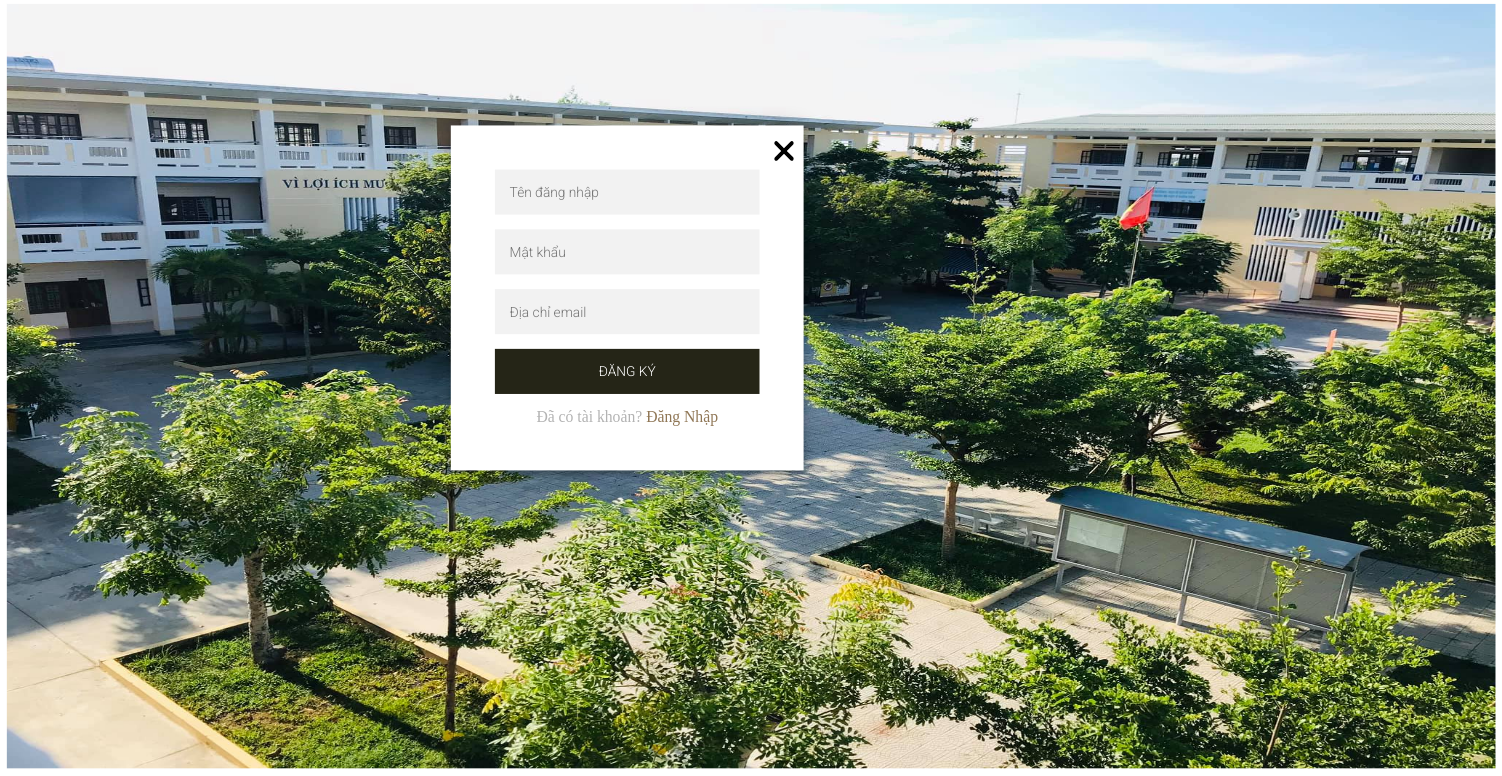
Repository: dphasst17/THPTVCC
Page: login.html
These files come from the project's save history. The page is drawn as it stood at one moment and after the next save; the edit follows.
The browser window is 1280 px wide. The page is 1533 px wide, so the pictures cover 1533 px, including what lies to the right of the window. The pictures show the whole page, at 98% of full size.
Some web libraries are served in a nearby version.

Above is the page before, as saved 2022-10-02 20:26:44.

### login.html
<!DOCTYPE html>
<html lang="en">
<head>
    <meta charset="UTF-8">
    <meta http-equiv="X-UA-Compatible" content="IE=edge">
    <meta name="viewport" content="width=device-width, initial-scale=1.0">
    <script src="https://ajax.googleapis.com/ajax/libs/jquery/3.2.1/jquery.min.js"></script>
    <script src="login.js"> </script>
    <link href="login.css" rel="stylesheet" type="text/css">

    <title>Document</title>
</head>
<body>
  <div class="background">
    <img src="img/back-login.jpg" alt="">
  </div>
      <div class="login-page">
        <div class="close">
          <a href="index.html">
            <svg xmlns="http://www.w3.org/2000/svg" viewBox="0 0 320 512"><path d="M310.6 150.6c12.5-12.5 12.5-32.8 0-45.3s-32.8-12.5-45.3 0L160 210.7 54.6 105.4c-12.5-12.5-32.8-12.5-45.3 0s-12.5 32.8 0 45.3L114.7 256 9.4 361.4c-12.5 12.5-12.5 32.8 0 45.3s32.8 12.5 45.3 0L160 301.3 265.4 406.6c12.5 12.5 32.8 12.5 45.3 0s12.5-32.8 0-45.3L205.3 256 310.6 150.6z"/></svg>
          </a>
        </div>
          <div class="form">
            <form class="register-form">
              <input id="create-username" type="text" placeholder="Tên đăng nhập"/>
              <input id="create-password" type="text" placeholder="Mật khẩu"/>
              <input id="create-email" type="text" placeholder="Địa chỉ email"/>
              <button name="create-button" type="button" id="create-button">Đăng Ký</button>
              <p class="message">Đã có tài khoản? <a href="#">Đăng Nhập</a></p>
            </form>
            <form class="login-form">
              <input id="login-username" type="text" placeholder="Tên đăng nhập" name="login-username"/>
              <input id="login-password" type="text" placeholder="Mật khẩu" name="login-password"/>
              <button name="login-button" type="button" id="login-button">Đăng Nhập</button>
              <p class="message">Chưa có tài khoản? <a href="#">Đăng ký</a></p>
            </form>
          </div>
        </div>
</body>
</html>

### login.js
// Look at console
$(document).ready(function() {
	var loginUsername;
	var loginPassword;
	var account = [loginUsername, loginPassword];

	$('#login-button').on('click', function() {
		var loginUsernameEntry = $("#login-username").val();
		var loginPasswordEntry = $("#login-password").val();
		if (loginUsernameEntry == account[0] && loginPasswordEntry == account[1]) {
			console.log("Current Username " + account[0]);
			console.log("Current Password " + account[1]);
			console.log("Đăng nhập thành công");
		} else {
			console.log("Attempted Username " + loginUsernameEntry);
			console.log("Attempted Password " + loginPasswordEntry);
			console.log("Đăng nhập thất bại");
		};
	});

	$('#create-button').on('click', function() {
		var createUsernameEntry = $("#create-username").val();
		var createPasswordEntry = $("#create-password").val();
		var createEmailEntry = $("#create-email").val();
    var createUsernameValid = false;
    var createPasswordValid = false;
    var createEmailValid = false;
    var createUsernameObject = $("#create-username");
    var createPasswordObject = $("#create-password");
    var createEmailObject = $("#create-email");
    var validate = /^\s*[a-zA-Z0-9,\s]+\s*$/;
    var validateEmail = /^(([^<>()\[\]\\.,;:\s@"]+(\.[^<>()\[\]\\.,;:\s@"]+)*)|(".+"))@((\[[0-9]{1,3}\.[0-9]{1,3}\.[0-9]{1,3}\.[0-9]{1,3}])|(([a-zA-Z\-0-9]+\.)+[a-zA-Z]{2,}))$/;

    if(!validate.test(createUsernameEntry) || (createUsernameEntry).length == 0) {
      $(createUsernameObject).addClass("error")
      $(createUsernameObject).val("No special characters or spaces.")
    } else {
      createUsernameValid = true;
      var createUsername = $(createUsernameObject).val();
    }

    if(!validate.test(createPasswordEntry) || (createPasswordEntry).length == 0) {
      $(createPasswordObject).addClass("error");
      $(createPasswordObject).val("No special characters or spaces.");
    } else {
      createPasswordValid = true;
      var createPassword = $(createPasswordObject).val();
    }

    if(!validateEmail.test(createEmailEntry)) {
      $(createEmailObject).addClass("error");
      $(createEmailObject).val("Enter a valid email");
    } else {
      createEmailValid = true;
      console.log("Account Email " + createEmailObject.val())
    }

    $(createUsernameObject).on('click', function () {
      $(this).val("");
      $(this).removeClass("error");
    });

    $(createPasswordObject).on('click', function () {
      $(this).val("");
      $(this).removeClass("error");
    });

    $(createEmailObject).on('click', function () {
      $(this).val("");
      $(this).removeClass("error");
    });

		account = [createUsername, createPassword];
		console.log("Account Username " + account[0]);
		console.log("Account Password " + account[1]);

		if(createUsernameValid == true && createPasswordValid == true && createEmailValid == true) {
      $('form').animate({
			height: "toggle",
			opacity: "toggle"
		}, "fast");
    }
	});

	$('.message a').on('click', function() {
		$('form').animate({
			height: "toggle",
			opacity: "toggle"
		}, "fast");
	});
});

### login.css
@import url(https://fonts.googleapis.com/css?family=Roboto:300);
/* Look at console */
body{
  background-color:transparent;
  margin:0 0;
  padding:0;
}
.background{
  position:absolute
}
.background img{
  width:1519px;
  height:780px;
  margin:4px 7px;
}
.close{
  width:20px;
  margin: 10px 330px;
  position: absolute;
  z-index: 10;
}
.login-page {
  width: 360px;
  padding: 10% 0 0;
  margin: auto;
}
.form {
  animation-name: launch;
  animation-duration: 4s;
  position: relative;
  z-index: 1;
  background: #FFFFFF;
  max-width: 360px;
  margin: 0 auto 100px;
  padding: 45px;
  text-align: center;
  box-shadow: 0 0 20px 0 rgba(0, 0, 0, 0.2), 0 5px 5px 0 rgba(0, 0, 0, 0.24);
}
.form input {
  font-family: "Roboto", sans-serif;
  outline: 0;
  background: #f2f2f2;
  width: 100%;
  border: 0;
  margin: 0 0 15px;
  padding: 15px;
  box-sizing: border-box;
  font-size: 14px;
}
.form button {
  font-family: "Roboto", sans-serif;
  text-transform: uppercase;
  outline: 0;
  background: #252517;
  width: 100%;
  border: 0;
  padding: 15px;
  color: #FFFFFF;
  font-size: 14px;
  -webkit-transition: all 0.3 ease;
  transition: all 0.3 ease;
  cursor: pointer;
}
.form button:hover,.form button:active,.form button:focus {
  background: #252517;
}
.form .message {
  margin: 15px 0 0;
  color: #b3b3b3;
  font-size: 16px;
}
.form .message a {
  color: rgb(144, 119, 86);
  text-decoration: none;
}
.form .login-form {
  display: none;
}
.container {
  position: relative;
  z-index: 1;
  max-width: 300px;
  margin: 0 auto;
}
.container:before, .container:after {
  content: "";
  display: block;
  clear: both;
}
.container .info {
  margin: 50px auto;
  text-align: center;
}
.container .info h1 {
  margin: 0 0 15px;
  padding: 0;
  font-size: 36px;
  font-weight: 300;
  color: #1a1a1a;
}
.container .info span {
  color: #4d4d4d;
  font-size: 12px;
}
.container .info span a {
  color: #000000;
  text-decoration: none;
}
.container .info span .fa {
  color: #FF7F50;
}


@media only screen and (max-width: 400px) {
  .login-page {
    width: 100%;
    height: 100%;
  }
}

#create-username.error {
  color: red;
}

#create-password.error {
  color: red;
}

#create-email.error {
  color: red;
}

After the next save:
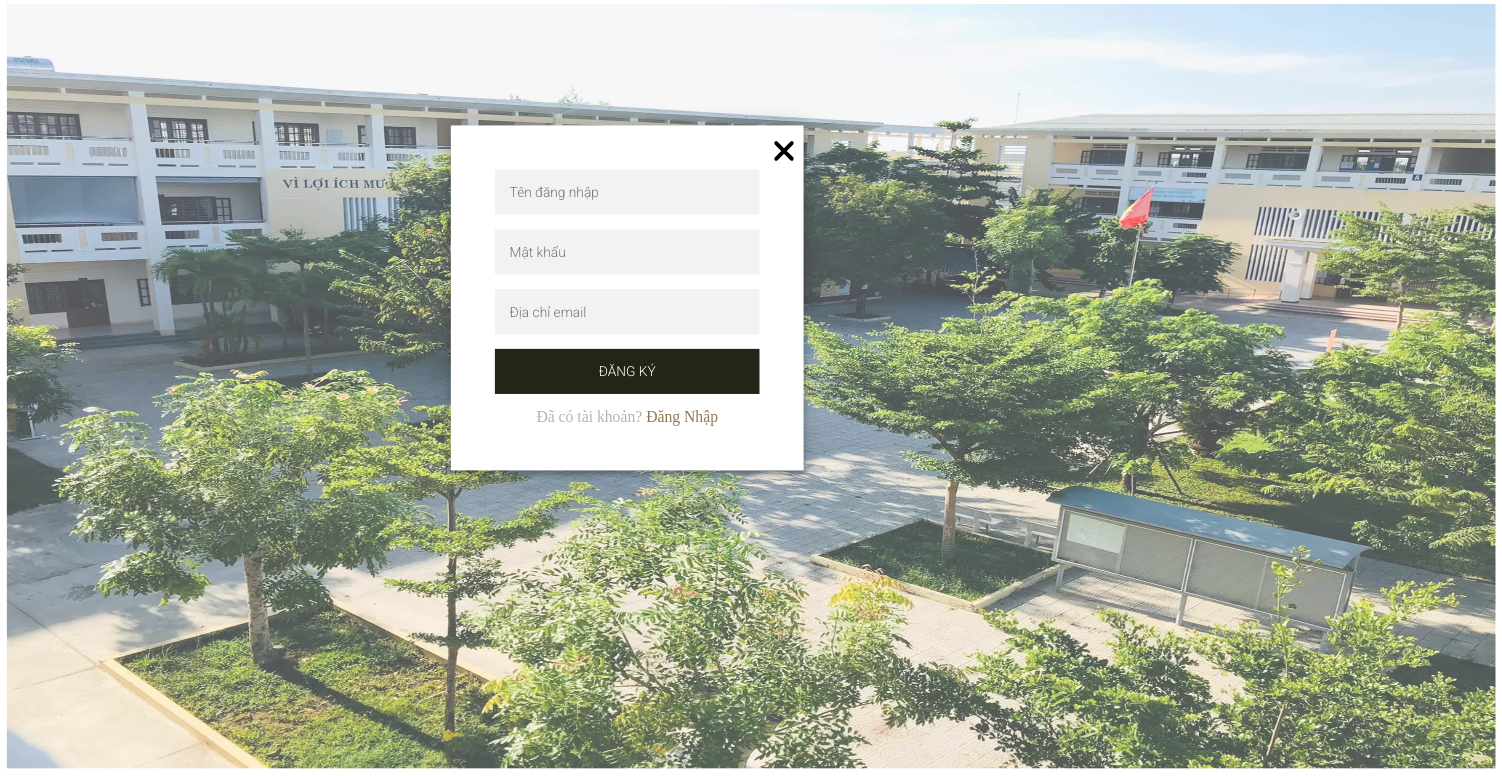
Saved 17 s later.
--- a/login.css
+++ b/login.css
@@ -12,6 +12,7 @@ body{
   width:1519px;
   height:780px;
   margin:4px 7px;
+  opacity:0.7;
 }
 .close{
   width:20px;
